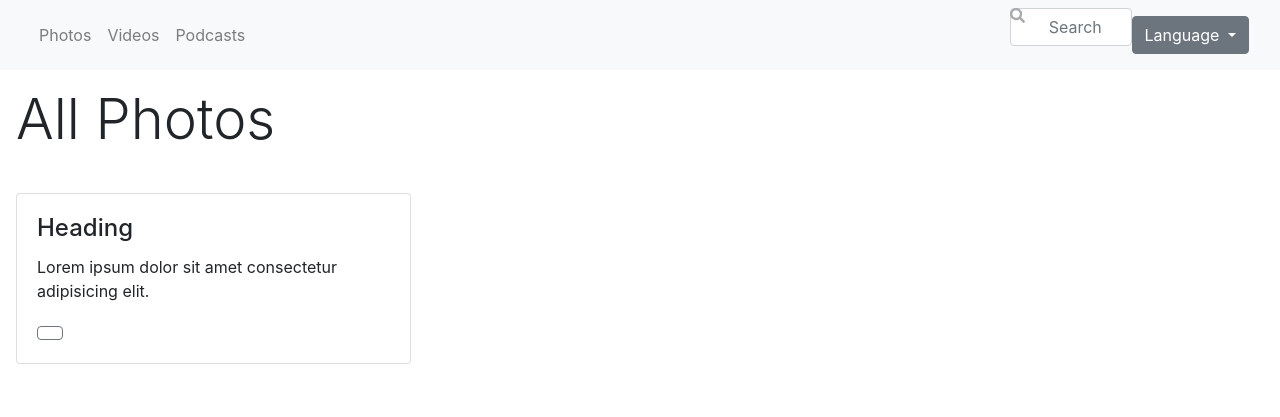
Repository: AlisaSkryp/photoblog
Page: index.html
These files come from the project's save history. The page is drawn as it stood at one moment and after a run of saves; the edit follows.
The browser window is 1280 px wide. The pictures show the whole page.
Some web libraries are served in a nearby version.

Above is the page before, as saved 2023-04-09 20:22:01.

### index.html
<!DOCTYPE html>
<html lang="en">
<head>
	<meta charset="utf-8">
	<meta name="viewport" content="width=device-width, initial-scale=1">
	<title>Complete Bootstrap 4 Website Layout</title>
	<link rel="stylesheet" href="https://maxcdn.bootstrapcdn.com/bootstrap/4.0.0/css/bootstrap.min.css">
	<script src="https://ajax.googleapis.com/ajax/libs/jquery/3.3.1/jquery.min.js"></script>
	<script src="https://cdnjs.cloudflare.com/ajax/libs/popper.js/1.12.9/umd/popper.min.js"></script>
	<script src="https://maxcdn.bootstrapcdn.com/bootstrap/4.0.0/js/bootstrap.min.js"></script>
	<script src="https://use.fontawesome.com/releases/v5.0.8/js/all.js"></script>
	<link href="style.css" rel="stylesheet">
</head>
<body>

<!-- Navigation -->
<nav class="navbar navbar-expand-md navbar-light bg-light sticky-top">
 <div class="container-fluid">
  <button class="navbar-toggler" type="button" data-toggle="collapse" data-target="#navbarResponsive">
		<span class="navbar-toggler-icon"></span>
	</button>
	<div class="collapse navbar-collapse" id="navbarResponsive">
		<ul class="navbar-nav">
			<li class="nav-item">
			  <a class="nav-link" href="#">Photos</a>
			</li>
			<li class="nav-item">
			  <a class="nav-link" href="#">Videos</a>
			</li>
			<li class="nav-item">
			  <a class="nav-link" href="#">Podcasts</a>
			</li>
		</ul>
	</div>
	<div class="search-container">
	 <div class="form-group has-search">
    <span class="fa fa-search form-control-feedback"></span>
    <input type="text" class="form-control" placeholder="Search">
   </div>
	</div>
	<div class="dropdown">
		<button class="btn btn-secondary dropdown-toggle" type="button" id="dropdownMenuButton" data-toggle="dropdown" aria-haspopup="true" aria-expanded="false">
			Language
		</button>
		<div class="dropdown-menu" aria-labelledby="dropdownMenuButton">
			<a class="dropdown-item" href="#">English</a>
			<a class="dropdown-item" href="#">Spanish</a>
			<a class="dropdown-item" href="#">French</a>
		</div>
	</div>

 </div>
</nav>

<!--- Image Slider -->


<!--- Jumbotron -->


<!--- Welcome Section -->


<!--- Three Column Section -->


<!--- Two Column Section -->


<!--- Fixed background -->


<!--- Emoji Section -->


<!--- Meet the team -->
<div class="container-fluid padding">
	<div class="row welcome text-left">
		<div class="col-12">
			<h1 class="display-4">All Photos</h1>
		</div>
	</div>
</div>

<!--- Cards -->
<div class="container-fluid padding">
	<div class="row padding">
		<div class="col-md-4">
			<div class="card">
				<img class="card-img-top" src="">
				<div class="card-body">
					<h4 class="card-title">Heading</h4>
					<p class="card-text">Lorem ipsum dolor sit amet consectetur adipisicing elit.</p>
					<a href="#" class="btn btn-outline-secondary"></a>
				</div>
			</div>
		</div>
	</div>
</div>

<!--- Two Column Section -->


<!--- Connect -->


<!--- Footer -->




</body>
</html>

### style.css
@import url('https://fonts.googleapis.com/css?family=Poppins:400,500,700');











/*---Media Queries --*/
@media (max-width: 992px) {

  }
@media (max-width: 768px) {

}
@media (max-width: 576px) {

}

.search-container {
	width: 10%;
	margin: 0px auto;
}
.has-search .form-control {
	padding-left: 2.375rem;
}

.has-search .form-control-feedback {
	position: absolute;
	z-index: 2;
	display: block;
	width: 15px;
	height: 15px;
	line-height: 15px;
	text-align: center;
	pointer-events: none;
	color: #aaa;
}
/*---Firefox Bug Fix --*/
.carousel-item {
  transition: -webkit-transform 0.5s ease;
  transition: transform 0.5s ease;
  transition: transform 0.5s ease, -webkit-transform 0.5s ease;
  -webkit-backface-visibility: visible;
  backface-visibility: visible;
}
/*--- Fixed Background Image --*/
figure {
  position: relative;
  width: 100%;
  height: 60%;
  margin: 0!important;
}
.fixed-wrap {
  clip: rect(0, auto, auto, 0);
  position: absolute;
  top: 0;
  left: 0;
  width: 100%;
  height: 100%;
}
#fixed {
  background-image: url('img/mac.png');
  position: fixed;
  display: block;
  top: 0;
  left: 0;
  width: 100%;
  height: 100%;
  background-size: cover;
  background-position: center center;
  -webkit-transform: translateZ(0);
          transform: translateZ(0);
  will-change: transform;
}
/*--- Bootstrap Padding Fix --*/
[class*="col-"] {
    padding: 1rem;
}





/*
Extra small (xs) devices (portrait phones, less than 576px)
No media query since this is the default in Bootstrap

Small (sm) devices (landscape phones, 576px and up)
@media (min-width: 576px) { ... }

Medium (md) devices (tablets, 768px and up)
@media (min-width: 768px) { ... }

Large (lg) devices (desktops, 992px and up)
@media (min-width: 992px) { ... }

Extra (xl) large devices (large desktops, 1200px and up)
@media (min-width: 1200px) { ... }
*/

After the next 5 saves:
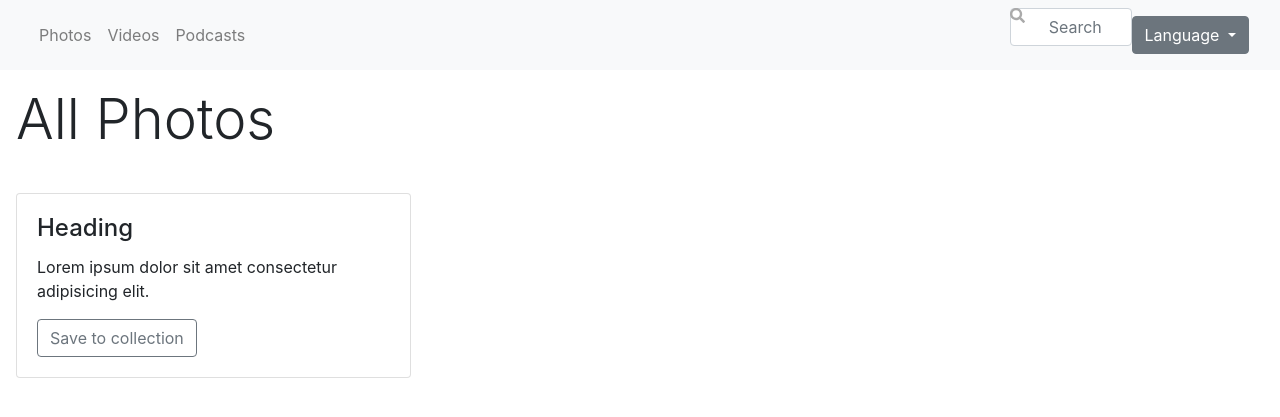
The 5 saves are shown as one change because they came seconds apart.
The last was saved 3 min 17 s later.
--- a/index.html
+++ b/index.html
@@ -91,7 +91,7 @@
 				<div class="card-body">
 					<h4 class="card-title">Heading</h4>
 					<p class="card-text">Lorem ipsum dolor sit amet consectetur adipisicing elit.</p>
-					<a href="#" class="btn btn-outline-secondary"></a>
+					<a href="#" class="btn btn-outline-secondary">Save to collection</a>
 				</div>
 			</div>
 		</div>
